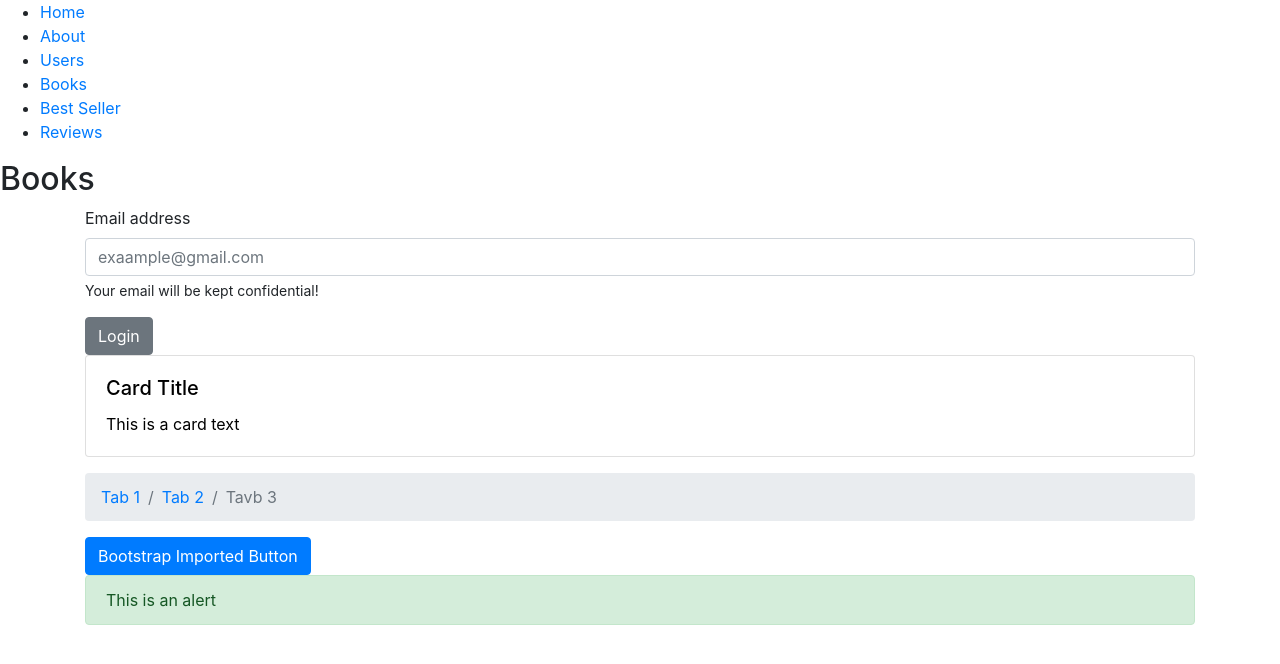
Repository: ebo-arcadia/enjoyou
Page: /books
An editor plug-in stored every save of this project. The page is shown before and after the next save, followed by the edit.
The browser window is 1280 px wide. The pictures show the whole page.
The project was rebuilt for these pictures with package versions that can differ from the ones it lists, and the page was loaded fresh each time. Also part of the build but not shown: src/App.css.

Above is the page before, as saved 2021-04-19 18:10:38.

After the next save:
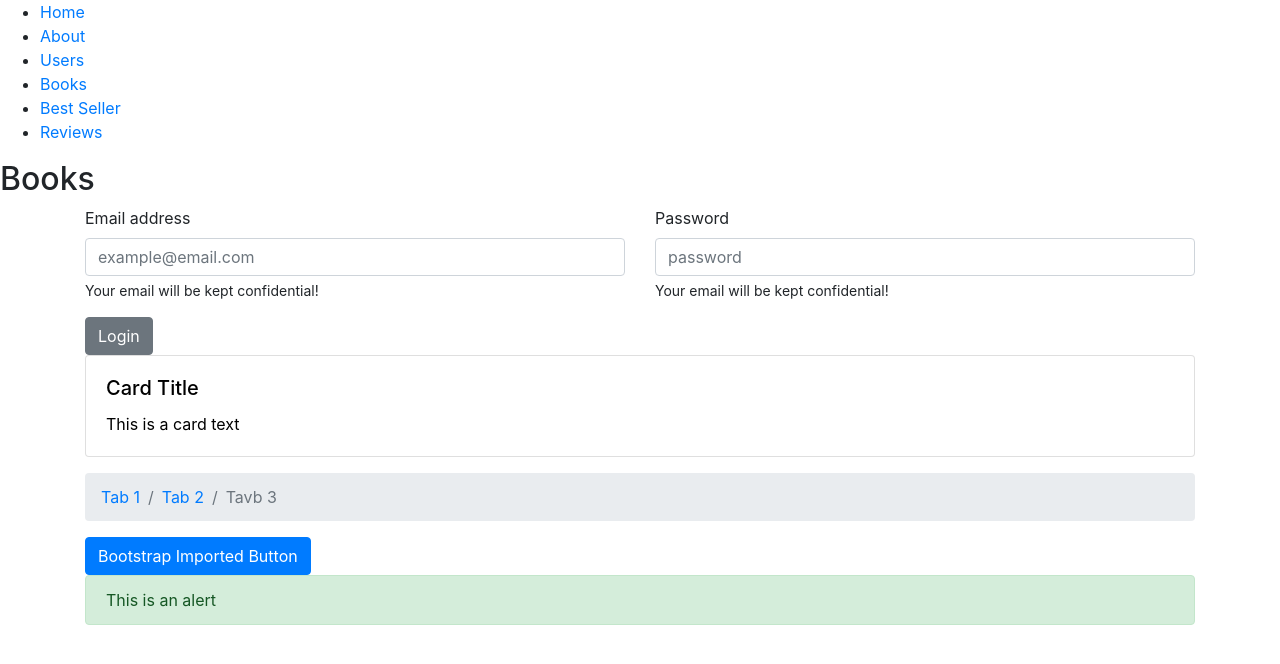
Saved 5 min 14 s later.
--- a/src/App.js
+++ b/src/App.js
@@ -35,13 +35,27 @@ export default function App() {
     <header className="App-header">
       <Container>
         <Form>
-          <Form.Group controlId="forEmail">
-            <Form.Label>Email address</Form.Label>
-            <Form.Control type="email" placeholder="exaample@gmail.com" />
-            <Form.Text>
-              Your email will be kept confidential!
-            </Form.Text>
-          </Form.Group>
+          <Row>
+            <Col>
+              <Form.Group controlId="forEmail">
+                <Form.Label>Email address</Form.Label>
+                <Form.Control type="email" placeholder="example@email.com" />
+                <Form.Text>
+                  Your email will be kept confidential!
+                </Form.Text>
+              </Form.Group>
+            </Col>
+
+            <Col>
+              <Form.Group controlId="forPassword">
+              <Form.Label>Password</Form.Label>
+              <Form.Control type="email" placeholder="password" />
+              <Form.Text>
+                Your email will be kept confidential!
+              </Form.Text>
+              </Form.Group>
+            </Col>
+          </Row>
           <Button variant="secondary" type="submit">Login</Button>
         </Form>
 
